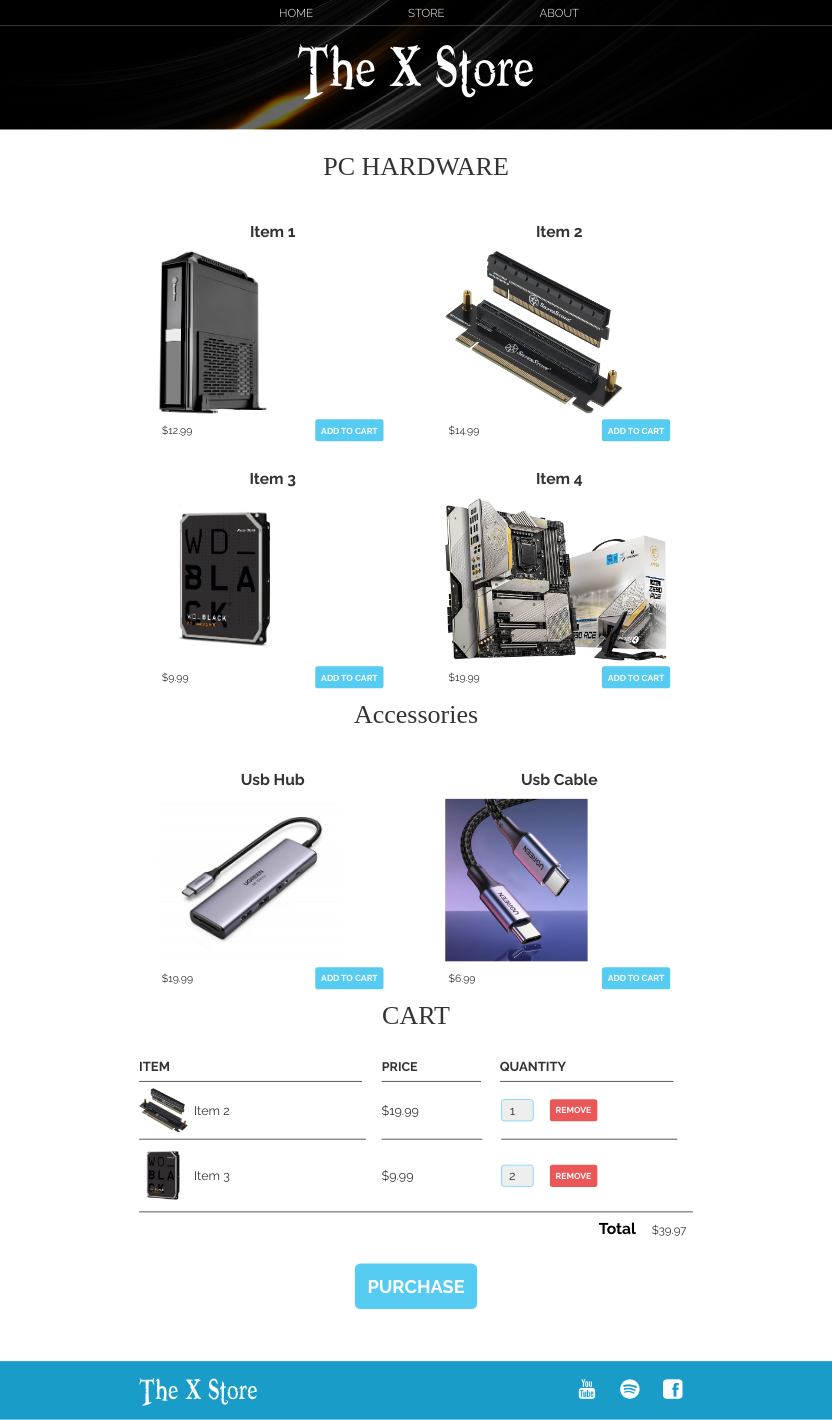
Repository: RL20/Strip_N_Shopping-cart
Page: store.html
The author's editor kept a copy of each file at every save. The page is drawn from the files as they stood at one save, then again after the next save.
The browser window is 1280 px wide. The pictures show the whole page, at 65% of full size.
Some web fonts or font styles are not loaded; a fallback is used.

Above is the page before, as saved 2022-08-18 18:47:17.

After the next save:
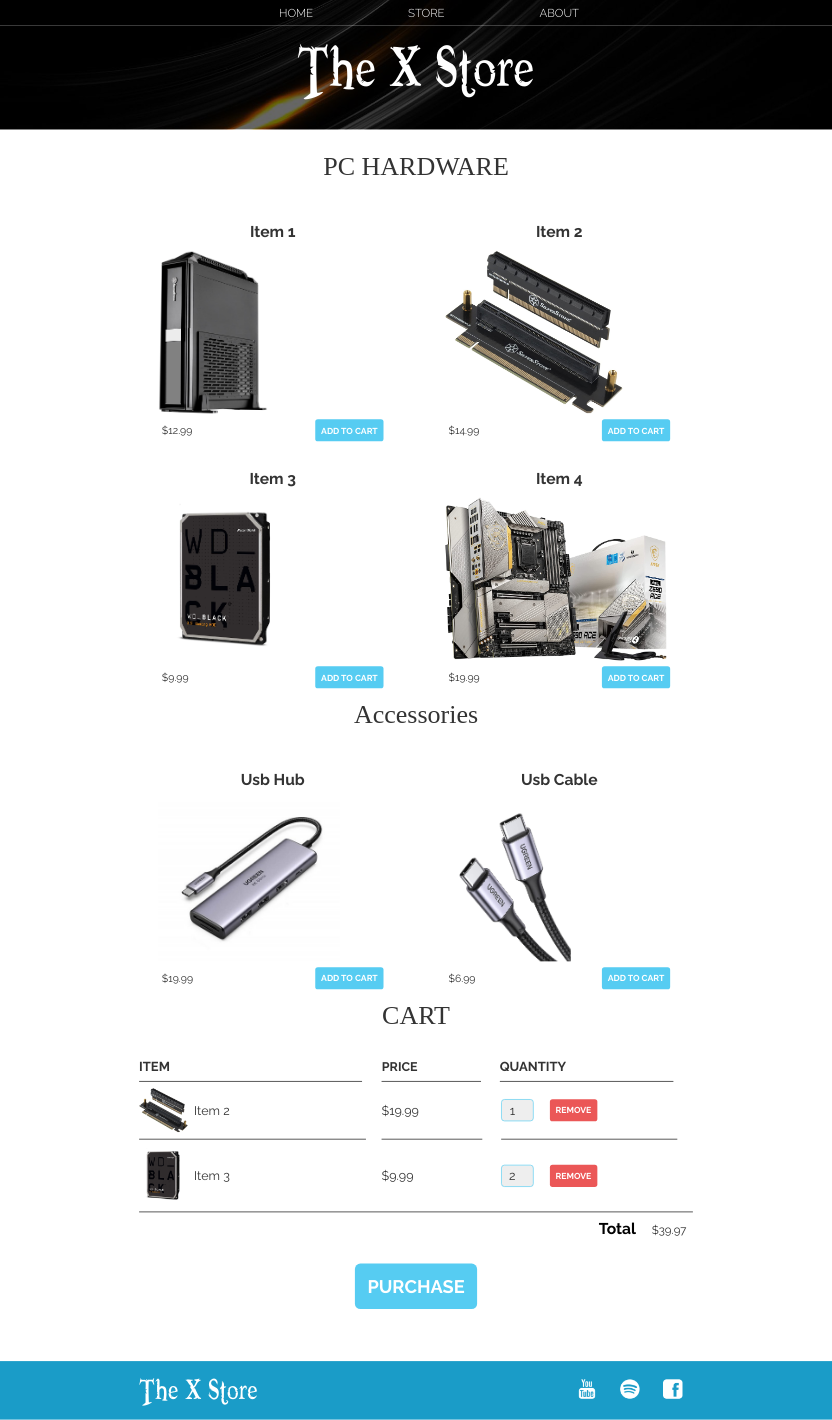
Saved 2 min 43 s later.
--- a/store.html
+++ b/store.html
@@ -66,7 +66,7 @@
         </div>
         <div class="shop-item">
           <span class="shop-item-title">Usb Cable</span>
-          <img class="shop-item-image" src="Images/acc 2.webp" />
+          <img class="shop-item-image" src="Images/acc 2.jpg" />
           <div class="shop-item-details">
             <span class="shop-item-price">$6.99</span>
             <button class="btn btn-primary shop-item-button" type="button">ADD TO CART</button>
